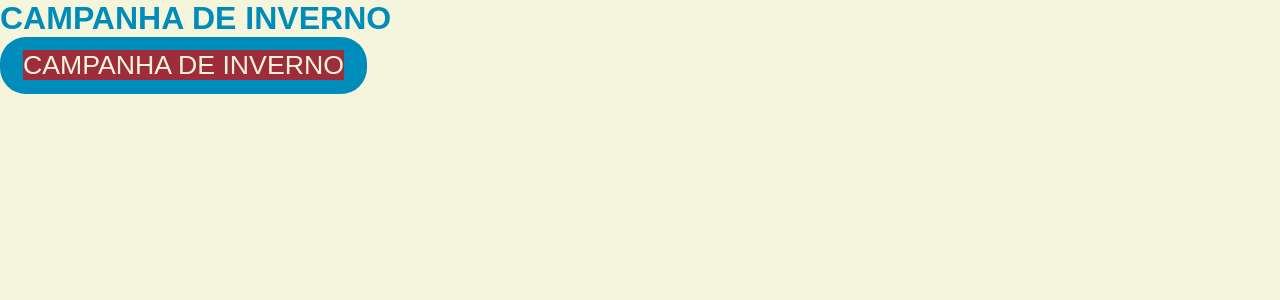
Repository: adrtrvs/qrcodeong
Page: campaignall.html
The author's editor kept a copy of each file at every save. The page is drawn from the files as they stood at one save, then again after the next save.
The browser window is 1280 px wide. The pictures show the whole page.
Some web fonts or font styles are not loaded; a fallback is used.

Above is the page before, as saved 2023-05-26 09:43:01.

### campaignall.html
<!DOCTYPE html>
<html lang="pt-br">
  <head>
    <meta charset="UTF-8" />
    <meta http-equiv="X-UA-Compatible" content="IE=edge" />
    <meta name="viewport" content="width=device-width, initial-scale=1.0" />
    <link
      href="./files/logofavifinal.jpeg"
      rel="shortcut icon"
      type="image/x-icon"
    />
    <link rel="stylesheet" href="style.css" />
    <title>Campanha de inverno</title>
  </head>
  <body>
    <h1>Campanha de inverno</h1>
    <button class="campaignbutton">
      <a href="#" target="_blank">Campanha de Inverno</a>
  </body>
</html>

### style.css
@import url('https://fonts.googleapis.com/css2?family=Courgette&display=swap');
@import url('https://fonts.googleapis.com/css2?family=Indie+Flower&display=swap');
@import url('https://fonts.googleapis.com/css2?family=Cuprum:wght@500&display=swap');
* {
  padding: 0;
  margin: 0;
}
@keyframes animate {
  0% {
    opacity: 0;
  }

  50% {
    opacity: 1;
  }

  100% {
    opacity: 0;
  }
}

body {
  background-color: #f5f5dc;
  background-repeat: no-repeat;
  background-size: cover;
  width: 100%;
}

header img {
  width: 100%;
}

header p {
  color: black;
  text-align: center;
  font-size: 18px;
  margin: 10px;
  font-family: 'Cuprum', sans-serif;
}

/*FONTES*/

h1,
h2,
h3 {
  color: #008cba;
  text-transform: uppercase;
  font-family: 'Cuprum', sans-serif;
}

/* MENU INDEX */

.menu h2 {
  background-color: #008cba;
  text-align: center;
  font-size: 18px;
  margin: 5px;
  padding: 5px;
  color: whitesmoke;
  font-family: 'Cuprum', sans-serif;
}

.menu h3 {
  font-size: 16px;
  margin-bottom: 5px;
  font-family: 'Cuprum', sans-serif;
}

/* LISTA INDEX */

ul li {
  display: flex;
  justify-content: space-between;
  padding: 16px;
  border-bottom: 1px solid rgba(0, 0, 0, 0.1);
}

/* PARAGRAFOS INDEX*/

.details {
  padding: 5px;
  color: #008cba;
  font-family: 'Cuprum', sans-serif;
}

/*BOTAO INDEX*/

._link {
  background-color: #008cba;
  border: none;
  padding: 13px 23px;
  border-radius: 26px;
  align-self: flex-start;
}

.submenu button a {
  text-decoration: none;
  font-size: 14px;
  color: whitesmoke;
  white-space: nowrap;
  font-family: 'Cuprum', sans-serif;
}

._link:hover {
  background-color: #cbf305;
  transition-duration: 0.4s;
}

.botaocomprov {
  background-color: #4caf50;
  border: none;
  padding: 13px 23px;
  border-radius: 26px;
}
.botaocomprov:hover {
  background-color: #cbf305;
  transition-duration: 0.4s;
}
.botaocomprov a {
  text-decoration: none;
  font-size: 14px;
  color: whitesmoke;
  white-space: nowrap;
  font-family: 'Cuprum', sans-serif;
}
/* PIX ONG  */
._pix {
  color: black;
  padding: 20px;
  text-align: center;
}
.qrcodepixong {
  display: flex;
  flex-direction: column;
  align-items: center;
  background-color: whitesmoke;
}
.qrcodepixong img {
  max-width: -webkit-fill-available;
}

/* TROCO SOLIDÁRIO */

div.trocorockn {
  display: flex;
  flex-direction: column;
  align-items: center;
  background-color: whitesmoke;
}
.trocorockn img {
  max-width: -webkit-fill-available;
}
.ultroco li {
  text-align: center;
  font-family: 'Cuprum', sans-serif;
  color: #008cba;
}

/*BOTÃO CAMPANHAS*/

.campaignbutton {
  background-color: #008cba;
  border: none;
  padding: 13px 23px;
  border-radius: 26px;
  align-self: flex-start;

}

.campaignbutton a {
  text-decoration: none;
  text-transform: uppercase;
  font-size: 2em;
  color: #f5f5dc;
  background-color: rgba(219, 10, 10, 0.73);
  animation: animate 2s linear infinite;
  font-family: 'Cuprum', sans-serif;

}

.bcampaign {
  padding: 8px 15px;
  border-radius: 26px;
  border: none;
  background-color: #008cba;
}

.bcampaign:hover {
  background-color: #cbf305;
  transition-duration: 0.4s;
} */
/* CAMPAIGN*/

/* campaignvid {
  display: flex;
  flex-direction: column;
  align-items: center;
 */

/* .buttoncampaignaj {
  padding: 8px 15px;
  border-radius: 26px;
  border: none;
  background-color: #008cba;
  margin: 20px;
}

.buttoncampaignaj a {
  text-decoration: none;
  text-transform: uppercase;
  font-size: 2em;
  color: whitesmoke;
  animation: animate 3s linear infinite;
}

.buttoncampaignaj:hover {
  background-color: #4caf50;
  transition-duration: 0.4s;
}

.titlecampaing {
  text-align: center;
  color: rgba(0, 0, 0, 0.9);
}

.campaigndescription {
  font-size: 16px;
  color: rgba(0, 0, 0, 0.8);
  padding: 16px;
  text-align: center;
  justify-content: space-between;
} */

After the next save:
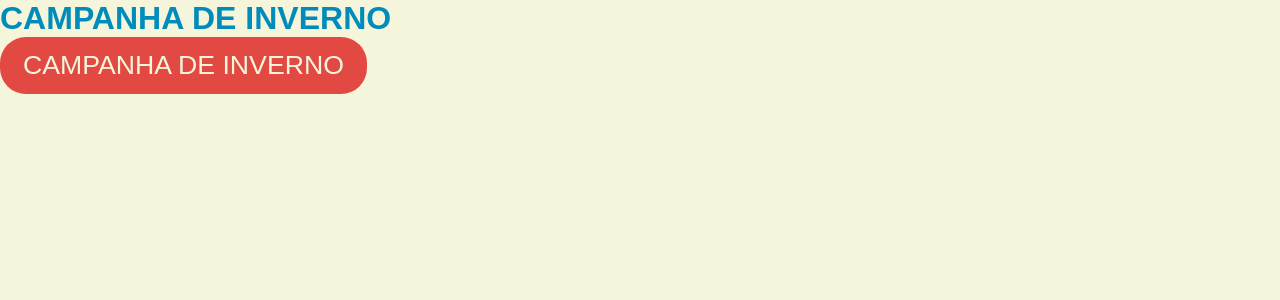
Saved 8 s later.
--- a/style.css
+++ b/style.css
@@ -159,7 +159,7 @@ div.trocorockn {
 /*BOTÃO CAMPANHAS*/
 
 .campaignbutton {
-  background-color: #008cba;
+  background-color: rgba(219, 10, 10, 0.73);
   border: none;
   padding: 13px 23px;
   border-radius: 26px;
@@ -172,7 +172,7 @@ div.trocorockn {
   text-transform: uppercase;
   font-size: 2em;
   color: #f5f5dc;
-  background-color: rgba(219, 10, 10, 0.73);
+
   animation: animate 2s linear infinite;
   font-family: 'Cuprum', sans-serif;
 
